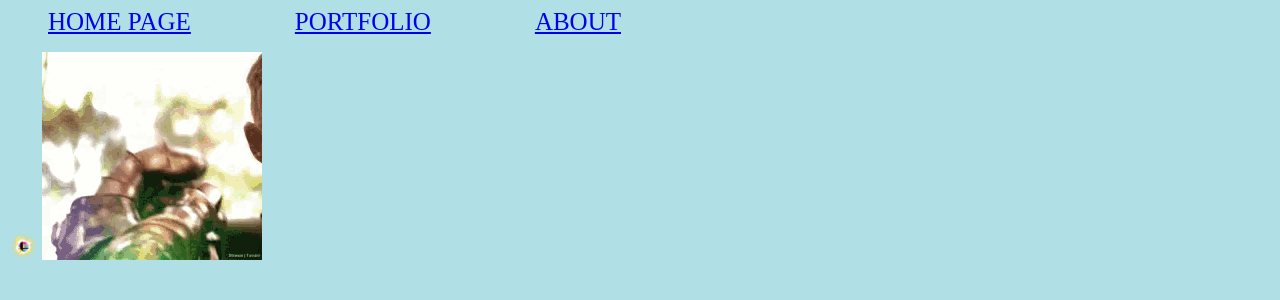
Repository: mike3245/mike3245.github.io
Page: index.html
The author's editor kept a record of every edit. The page is drawn from the files as they stood at one moment, then again after the next edit.
The browser window is 1280 px wide. The pictures show the whole page.

Above is the page before.

### index.html
<html>
   <head>
       <title>Spiro's Dungeon</title>
     <style>
body {background-color: powderblue;}
li {display: inline; padding-right: 100px;}
li {color:white; font-size: 25px;}
</style>
   </head>


   <body>
     <ul>
    <li><a href="index.html">HOME PAGE</a></li>
    <li><a href="portfolio.html">PORTFOLIO</a></li>
    <li><a href="about.html">ABOUT</a></li>
    </ul>
    <img src="./Image/250px-SSBUSmashBall.png" width=30>
    <img src="./Image/tenor.gif" length="30%" >


    </body>

   </html>

After the next edit:
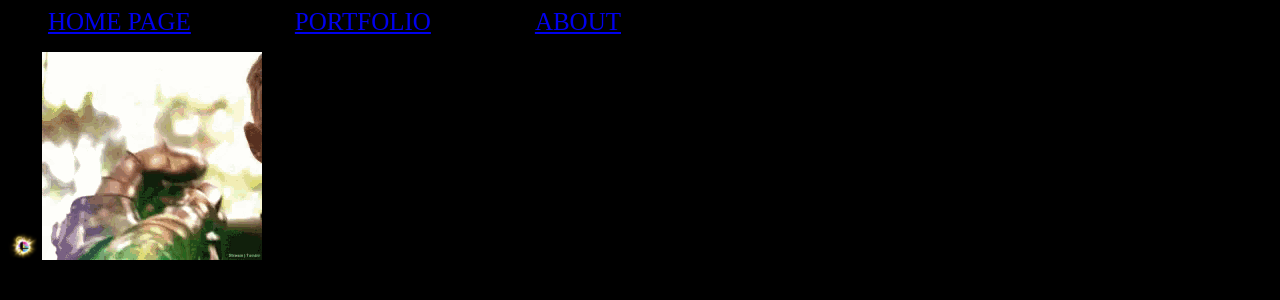
The edit:
--- a/index.html
+++ b/index.html
@@ -2,7 +2,7 @@
    <head>
        <title>Spiro's Dungeon</title>
      <style>
-body {background-color: powderblue;}
+body {background-color: black;}
 li {display: inline; padding-right: 100px;}
 li {color:white; font-size: 25px;}
 </style>
